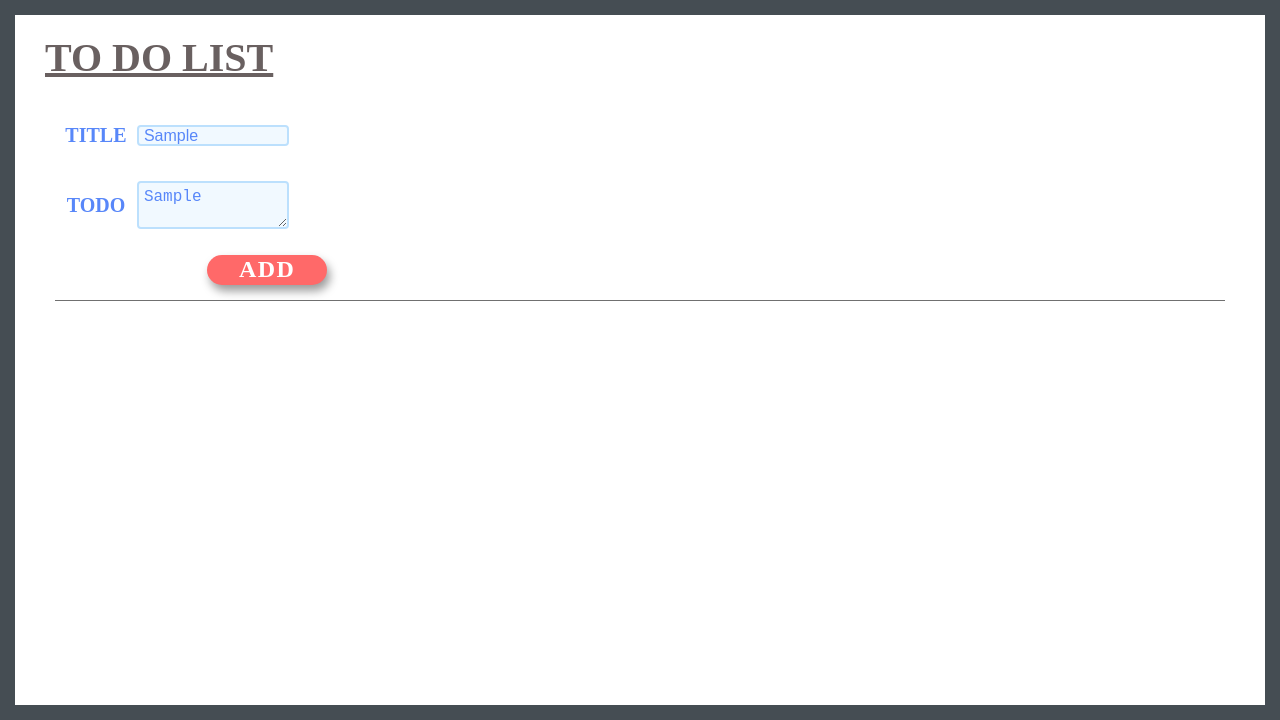
Repository: NagataRyuji0630/shinjin-otameshi
Page: todo_white_board.html
These files come from the project's save history. The page is drawn as it stood at one moment and after the next save; the edit follows.
The browser window is 1280 px wide. The pictures show the whole page.
Empty fields were first filled with sample values (such as "Sample", 5 or name@example.com).
After loading, the first visible `#btn_container` was clicked once.

Above is the page before, as saved 2020-06-14 17:51:14.
Console error (its wording comes from the project's code and is left out).

### todo_white_board.html
<!DOCTYPE html>
<html lang="ja">

<head>
    <meta charset="UTF-8">
    <meta name="viewport" content="width=device-width, initial-scale=1.0">
    <meta http-equiv="X-UA-Compatible" content="ie=edge">
    <link rel="stylesheet" href="./todo_white_board.css">
    <script src="./constants.js"></script>
    <script src="./domAction.js"></script>
    <script src="./todoWhiteBoard.js"></script>
    <title>Todo White Board</title>
</head>

<body>
    <div class="white_board display_flex_justify direction_colum">

        <div id="board_title_container" class="display_flex_align">
            <div id="board_title">TO DO LIST</div>
        </div>

        <div id="form_container" class="display_flex_justify direction_colum">

            <div class="input_content display_flex_all direction_row">
                <div class="input_title display_flex_all">TITLE</div>
                <div id="todo_input_area" class="display_flex_all">
                    <input class="blue_form" id="todo_title" type="text" placeholder="タイトル" />
                </div>
            </div>

            <div class="input_content display_flex_all direction_row">
                <div class="input_title display_flex_all">TODO</div>
                <div id="detail_input_area" class="display_flex_all">
                    <textarea class="blue_form" id="todo_detail" placeholder="詳細"></textarea>
                </div>
            </div>

            <div id="btn_container" class="display_flex_align" onclick="evtAddBtn(this)">
                <div class="btn red_btn display_flex_all" id="todo_add_btn">
                    <div class="btn_text">ADD</div>
                </div>
            </div>

            <div id="border_line"></div>
        </div>

        <div id="todo_list_container" class="direction_row"></div>
    </div>
    <script>
        // document.getElementById("todo_add_btn").onclick = function() {
        //     var title = document.getElementById("todo_title").value;
        //     var detail = document.getElementById("todo_detail").value;

        //     // console.log(title.innerHTML);
        //     // console.log(detail.innerHTML);

        //     var list = document.getElementById("todo_list_container");


        //     list.innerHTML = title + detail;



        //     // todo_list_container.innerHTML = detail;




        // }
    </script>
</body>

</html>

### todo_white_board.css
* {
    margin: 0px;
    padding: 0px;
    box-sizing: border-box;
}

body, html {
    width: 100%;
    height: 100%;
    font-size: 16px;
    overflow-x: hidden;
}

.display_flex_all {
    display: flex;
    justify-content: center;
    align-items: center;
}

.display_flex_justify {
    display: flex;
    justify-content: center;
}

.display_flex_align {
    display: flex;
    align-items: center;
}

.direction_colum {
    flex-direction: column;
}

.direction_row {
    flex-direction: row;
}

.white_board {
    width: 100%;
    height: 100%;
    border: 15px solid #454D53;
}

#board_title_container {
    width: auto;
    height: 15%;
    padding-left: 30px;
}

#board_title {
    text-align: center;
    text-decoration: underline;
    font-size: 40px;
    font-weight: bold;
    letter-spacing: 0px;
    color: #696060;
}

#form_container {
    width: 100%;
    height: 35%;
    padding: 0px 40px;
}

.input_content {
    width: 20%;
    height: 35%;
}

.input_title {
    width: 35%;
    height: 100%;
    text-align: center;
    font-size: 20px;
    font-weight: bold;
    letter-spacing: 0px;
    color: #5887F9;
}

.blue_form {
    display: block;
    background: #F1F9FF 0% 0% no-repeat padding-box;
    border: 2px solid #BCE0FD;
    border-radius: 4px;
}

#todo_input_area {
    width: 65%;
    height: 30%;
}

#todo_title {
    width: 100%;
    height: 100%;
    text-align: left;
    font-size: 16px;
    letter-spacing: 0px;
    color: #5887F9;
    padding: 5px;
}

#detail_input_area {
    width: 65%;
    height: 70%;
}

#todo_detail {
    width: 100%;
    height: 100%;
    text-align: left;
    font-size: 16px;
    letter-spacing: 0px;
    color: #5887F9;
    padding: 5px;
    word-wrap: break-word;
}

#btn_container {
    width: 100%;
    height: 30%;
}

.btn {
    width: 120px;
    height: 30px;
    border-radius: 24px;
}

.red_btn {
    background-color: #FF6969;
    box-shadow: 3px 6px 10px #00000065;
}

.red_btn:active {
    background-color: #FF8850;
    box-shadow: 3px 6px 10px #00000090;
}

#todo_add_btn {
    position: relative;
    left: 13%
}

.btn_text {
    text-align: center;
    font-size: 24px;
    font-weight: bold;
    letter-spacing: 1.44px;
    color: #FFFFFF;
}

#border_line {
    width: 100%;
    height: 2px;
    border-bottom: 1px solid #707070;
}

#todo_list_container {
    width: 100%;
    height: 60%;
    margin: 30px;
    display: flex;
}

.todo_tag {
    width: 100px;
    height: 100px;
    background: #B2ED2C 0% 0% no-repeat padding-box;
    border: 1px solid #B2ED2C;
    margin: 15px;
}

.tag_title {
    height: 20%;
    text-align: left;
    font: Bold 20px/24px Arial;
    letter-spacing: 0px;
    color: #5887F9;
    align-items: center;
    justify-content: center;
}

.tag_content {
    height: 80%;
    text-align: left;
    font: Bold 20px/24px Arial;
    letter-spacing: 0px;
    color: #5887F9;
    justify-content: center;
    align-items: center;
}

### constants.js
const todoTag = (tagName, tagContent) => `
    <div class="todo_tag display_flex_all direction_colum">
        <div class="white_circle"></div>
        <div class="tag_title">${tagName}</div>
        <div class="tag_content">${tagContent}</div>
    </div>
`;

#todo_list_container {
    width: 100 %;
    height: 60 %;
    margin: 30px;
    display: flex;
}

.todo_tag {
    width: 100px;
    height: 100px;
    background: #B2ED2C 0 % 0 % no - repeat padding - box;
    border: 1px solid #B2ED2C;
    margin: 15px;
}

.tag_title {
    height: 20 %;
    text - align: left;
    font: Bold 20px / 24px Arial;
    letter - spacing: 0px;
    color: #5887F9;
    align - items: center;
    justify - content: center;
}

.tag_content {
    height: 80 %;
    text - align: left;
    font: Bold 20px / 24px Arial;
    letter - spacing: 0px;
    color: #5887F9;
    justify - content: center;
    align - items: center;

    function evtAddBtn(e) {
        // 付箋タイトルと付箋の内容
        let tagName = document.getElementById("todo_title").value;
        let tagContent = document.getElementById("todo_detail").value;

        let todoTags = document.getElementsByClassName("todo_tag");
        console.log(todoTags);

        // 付箋が一つもない場合
        if (todoTags.length === 0) {
            addFirstTodoTag(tagName, tagContent);
        } else {
            console.log('start')
            addTodoTag(tagName, tagContent);
        }
    }

### domAction.js
// 初回付箋追加関数
function addFirstTodoTag(tagName, tagContent) {
    // TODOリスト表示エリアを取得
    let todoListContainer = document.getElementById("todo_list_container");

    todoListContainer.innerHTML = todoTag(tagName, tagContent);
}

// 付箋追加関数
function addTodoTag(tagName, tagContent) {
    let todoListContainer = document.getElementById("todo_list_container");

    todoListContainer.insertAdjacentHTML('afterbegin', todoTag(tagName, tagContent));
}

### todoWhiteBoard.js
function evtAddBtn(e) {
    // 付箋タイトルと付箋の内容
    let tagName = document.getElementById("todo_title").value;
    let tagContent = document.getElementById("todo_detail").value;

    let todoTags = document.getElementsByClassName("todo_tag");
    console.log(todoTags);

    // 付箋が一つもない場合
    if (todoTags.length === 0) {
        addFirstTodoTag(tagName, tagContent);
    } else {
        console.log('start')
        addTodoTag(tagName, tagContent);
    }
}

After the next save:
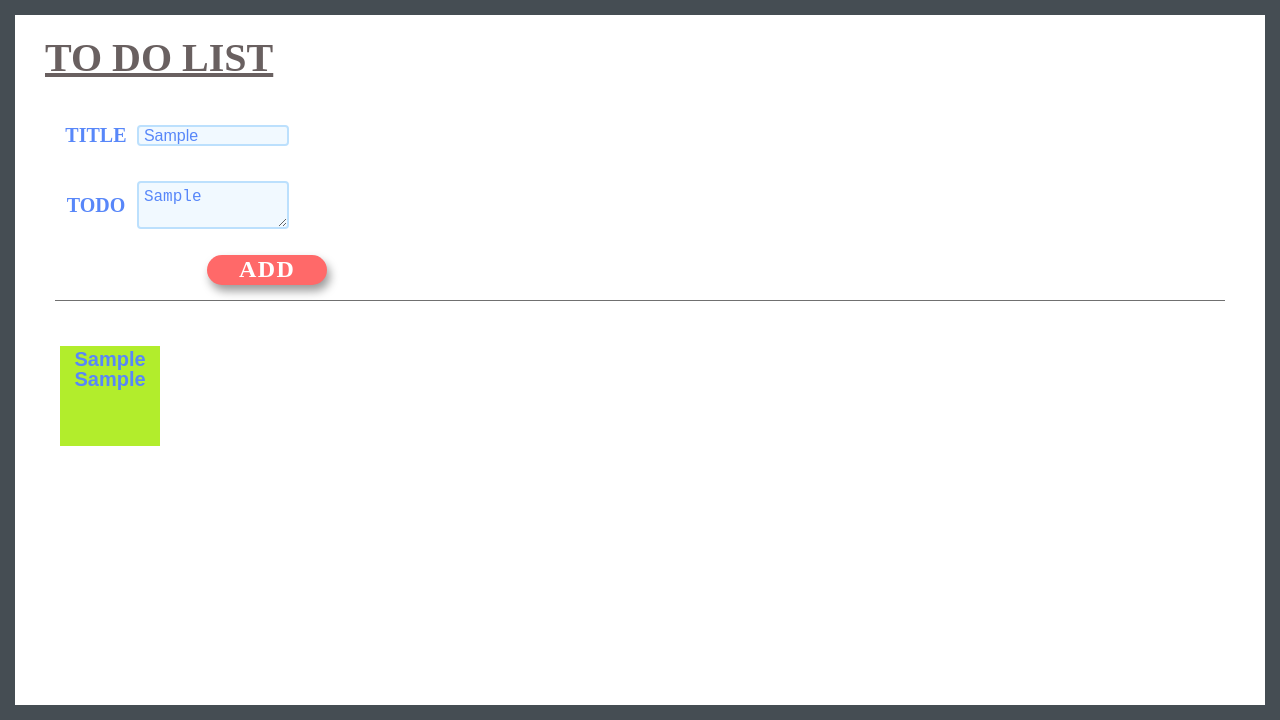
The error is gone.
Saved 2 min 24 s later.
--- a/constants.js
+++ b/constants.js
@@ -5,54 +5,3 @@ const todoTag = (tagName, tagContent) => `
         <div class="tag_content">${tagContent}</div>
     </div>
 `;
-
-#todo_list_container {
-    width: 100 %;
-    height: 60 %;
-    margin: 30px;
-    display: flex;
-}
-
-.todo_tag {
-    width: 100px;
-    height: 100px;
-    background: #B2ED2C 0 % 0 % no - repeat padding - box;
-    border: 1px solid #B2ED2C;
-    margin: 15px;
-}
-
-.tag_title {
-    height: 20 %;
-    text - align: left;
-    font: Bold 20px / 24px Arial;
-    letter - spacing: 0px;
-    color: #5887F9;
-    align - items: center;
-    justify - content: center;
-}
-
-.tag_content {
-    height: 80 %;
-    text - align: left;
-    font: Bold 20px / 24px Arial;
-    letter - spacing: 0px;
-    color: #5887F9;
-    justify - content: center;
-    align - items: center;
-
-    function evtAddBtn(e) {
-        // 付箋タイトルと付箋の内容
-        let tagName = document.getElementById("todo_title").value;
-        let tagContent = document.getElementById("todo_detail").value;
-
-        let todoTags = document.getElementsByClassName("todo_tag");
-        console.log(todoTags);
-
-        // 付箋が一つもない場合
-        if (todoTags.length === 0) {
-            addFirstTodoTag(tagName, tagContent);
-        } else {
-            console.log('start')
-            addTodoTag(tagName, tagContent);
-        }
-    }
